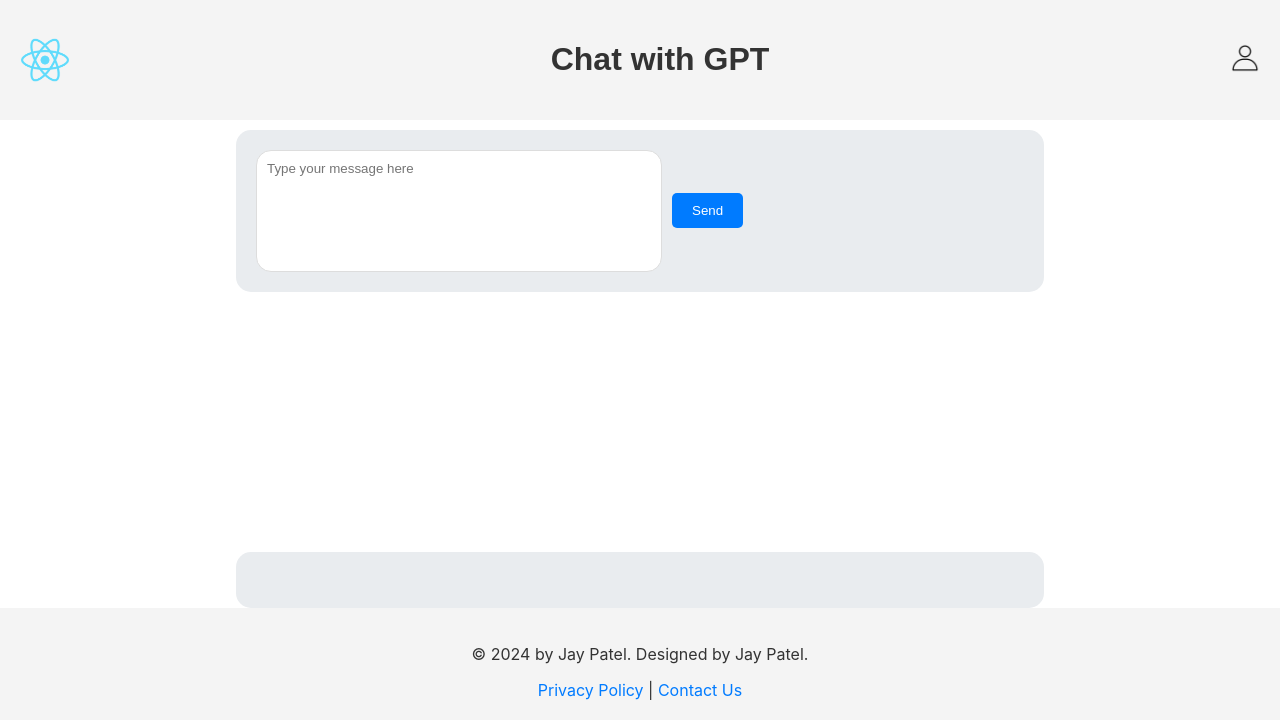
Repository: jforjay1/Custom-GPT
Page: / (app in ethem-alpaydin-gpt/)
The author's editor kept a copy of each file at every save. The page is drawn from the files as they stood at one save, then again after the next save.
The browser window is 1280 px wide. The pictures show the whole page.
The project was rebuilt for these pictures with package versions that can differ from the ones it lists, and the page was loaded fresh each time.

Above is the page before, as saved 2024-01-10 11:51:47.

### ethem-alpaydin-gpt/src/App.js
import React, { useState } from 'react';
import axios from 'axios';
import './App.css';
import logo from './logo192.png'; // Path to your logo image
import userIcon from './profile.png';

function App() {
  const [showProfile, setShowProfile] = useState(false);
  const [message, setMessage] = useState('');
  const [response, setResponse] = useState('');

  const sendMessage = async () => {
    try {
      console.log('Sending message:', message);
      const result = await axios.post('http://localhost:5001/sendMessage', { message: message }).catch((error) => {
        console.log(error);
      });

      setResponse(result.data.messages);
      console.log('Message received!', message);
    } catch (error) {
      console.error('Error sending message:', error);
    }
  };

  return (
    <div className="App">
      <header className="App-header">
        <img src={logo} alt="Company Logo" className="company-logo" />
        <h1>Chat with GPT</h1>
        <div className="user-section">
          <img
            src={userIcon}
            alt="User Icon"
            className="user-icon"
            onClick={() => setShowProfile(!showProfile)}
          />
          {showProfile && (
            <div className="profile-dropdown">
              <p>User Profile Info</p>
              {/* Add more user info here */}
            </div>
          )}
        </div>
      </header>
      <div className="chat-container">
        <div className="input-area">
            <textarea
                className="message-input"
                value={message}
                onChange={(e) => setMessage(e.target.value)}
                placeholder="Type your message here"
            />
            <button className="send-button" onClick={sendMessage}>Send</button>
        </div>
        <div className="response-area">
            <p>{response}</p>
        </div>
      </div>
      <footer className="App-footer">
        <p>© 2024 by Jay Patel. Designed by Jay Patel.</p>
        <a href="/privacy-policy">Privacy Policy</a> | <a href="/contact-us">Contact Us</a>
      </footer>
    </div>
  );
}

export default App;

### ethem-alpaydin-gpt/src/App.css
.App {
  text-align: center;
  display: flex;
  flex-direction: column;
  height: 100vh; /* Full height of the viewport */
}

.App-header {
  background-color: #f4f4f4;
  color: #333;
  padding: 20px;
  font-family: 'Arial', sans-serif;
  display: flex; /* Align items horizontally */
  align-items: center; /* Center items vertically in the header */
  justify-content: space-between; /* Space out logo, title, and user section */
}

.chat-container {
  display: flex;
  flex-direction: column;
  align-items: center;
  justify-content: space-between;
  flex-grow: 1;
}

.input-area {
  display: flex; /* Aligns elements horizontally */
  align-items: center; /* Aligns items vertically */
  margin: 10px;
  width: 60%;
  background-color: #e9ecef;
  border-radius: 15px;
  padding: 20px;
  margin-top: 10px;
  font-family: 'Arial', sans-serif;
}

.message-input {
  width: 50%; /* Adjust width as necessary */
  height: 100px;
  padding: 10px;
  border-radius: 15px;
  border: 1px solid #ddd;
  font-family: 'Arial', sans-serif; /* Consistent font */
  resize: none; /* Optional: Prevents resizing of textarea */
}

.send-button {
  background-color: #007bff;
  color: white;
  border: none;
  padding: 10px 20px;
  border-radius: 5px;
  cursor: pointer;
  transition: background-color 0.3s;
  font-family: 'Arial', sans-serif; /* Consistent font */
  margin-left: 10px; /* Space between text box and button */
}

.send-button:hover {
  background-color: #0056b3;
}

.response-area {
  width: 60%;
  background-color: #e9ecef;
  border-radius: 15px;
  padding: 20px;
  margin-top: 10px;
  font-family: 'Arial', sans-serif; /* Consistent font */
}

.company-logo {
  height: 50px; /* Adjust as needed */
  margin-right: 20px;
}

.user-section {
  position: relative;
  display: inline-block;
}

.user-icon {
  width: 30px;
  height: 30px;
  cursor: pointer;
}

.profile-dropdown {
  position: absolute;
  right: 0;
  background-color: #f9f9f9;
  min-width: 160px;
  box-shadow: 0px 8px 16px 0px rgba(0,0,0,0.2);
  padding: 12px 16px;
  z-index: 1;
}

.App-footer {
  background-color: #f4f4f4;
  color: #333;
  padding: 20px;
  text-align: center;
  margin-top: auto;
}

.App-footer a {
  color: #007bff;
  text-decoration: none;
}

.App-footer a:hover {
  text-decoration: underline;
}

Loaded but not shown: ethem-alpaydin-gpt/public/index.html (common file); ethem-alpaydin-gpt/src/index.js (common file); ethem-alpaydin-gpt/src/index.css (common file); ethem-alpaydin-gpt/src/reportWebVitals.js (common file)

After the next save:
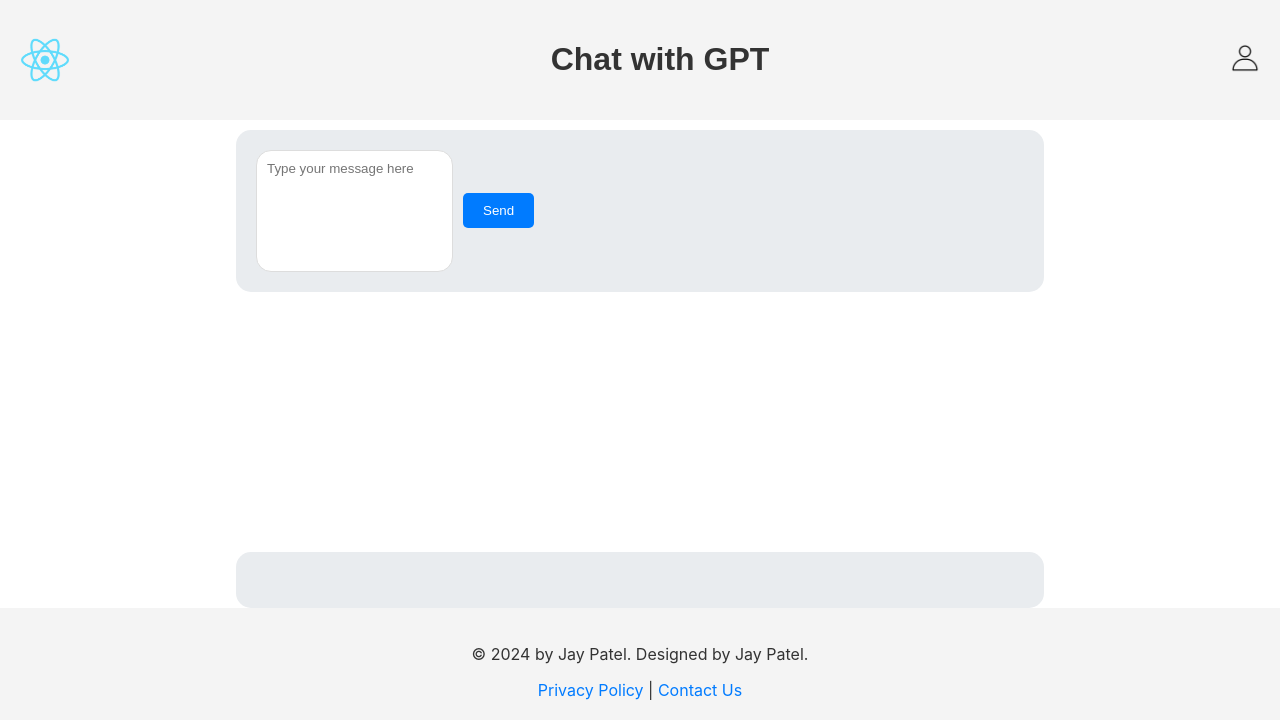
Saved 43 s later.
--- a/ethem-alpaydin-gpt/src/App.css
+++ b/ethem-alpaydin-gpt/src/App.css
@@ -36,7 +36,7 @@
 }
 
 .message-input {
-  width: 50%; /* Adjust width as necessary */
+  width: flex; /* Adjust width as necessary */
   height: 100px;
   padding: 10px;
   border-radius: 15px;
